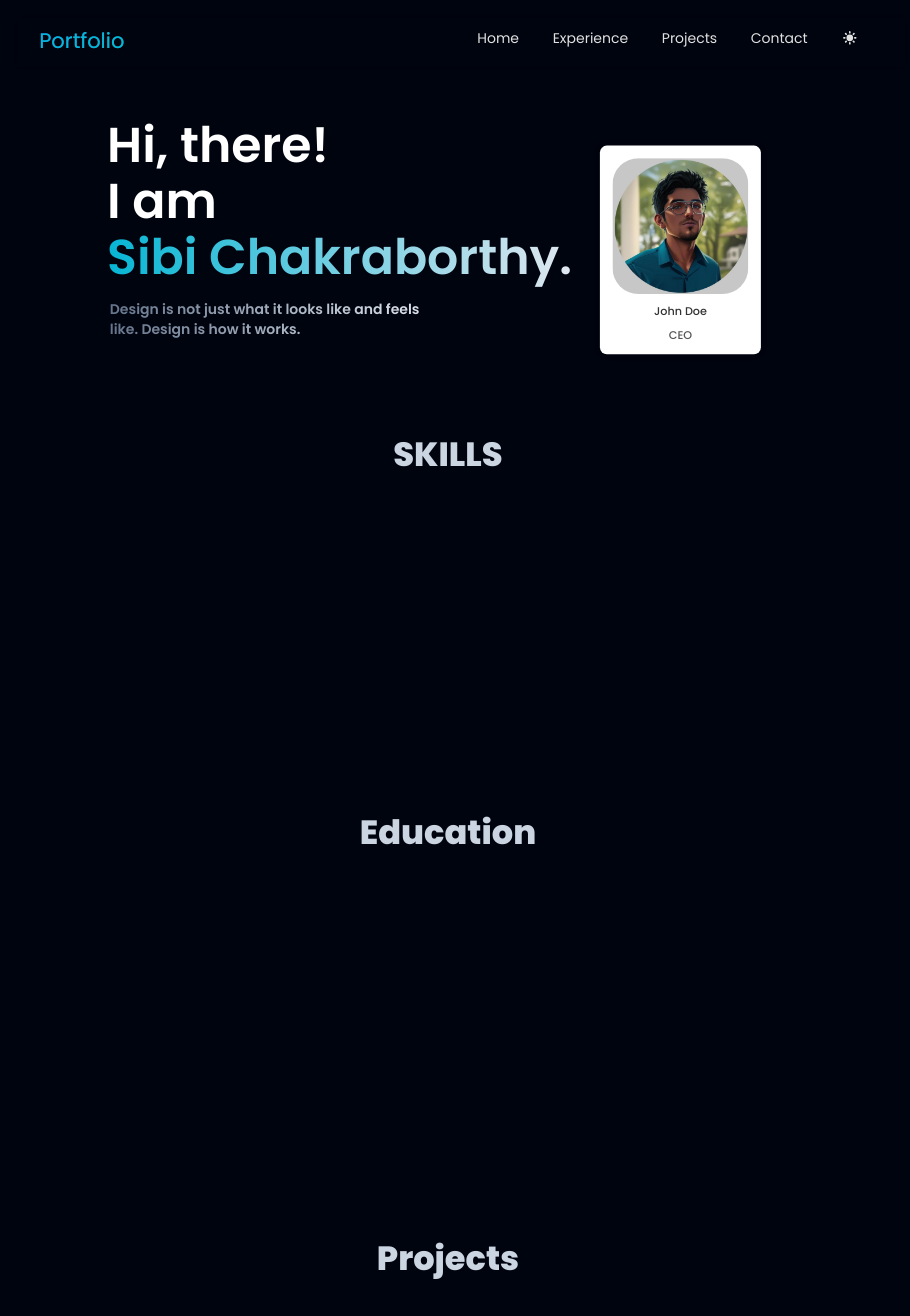
Repository: sibi24sibi/MyPersonalPortfolio
Page: /
An editor plug-in stored every save of this project. The page is shown before and after the next save, followed by the edit.
The browser window is 1280 px wide. The page is 1300 px wide, so the pictures cover 1300 px, including what lies to the right of the window. The pictures show the part of the page from y = 0 to 1880 px (the page is 3432 px tall before and 3414 px after), at 70% of full size.
The project was rebuilt for these pictures with package versions that can differ from the ones it lists, and the page was loaded fresh each time. Also part of the build but not shown: vite.config.js, src/components/Menu.jsx, src/components/Footer.jsx.

Above is the page before, as saved 2024-05-03 17:33:19.

### index.html
<!DOCTYPE html>
<html lang="en">

<head>
  <meta charset="UTF-8" />
  <link rel="icon" type="image/svg+xml" href="" />
  <meta name="viewport" content="width=device-width, initial-scale=1 , maximum-scale=1 ,user-scalable=no" />
  <title>
    Personal Portfolio
  </title>
</head>

<body className="darkMode">
  <div id="root" className="px-5 w-screen"></div>
  <script type="module" src="/src/main.jsx"></script>
</body>

</html>

### src/index.css
@import url('https://fonts.googleapis.com/css2?family=Poppins:wght@300;400;500;600;800&display=swap');
@tailwind base;
@tailwind components;
@tailwind utilities;

html {
    @apply overflow-x-hidden scroll-smooth
}

body {

    @apply dark:bg-[#00040f] bg-[#e2e2e2ab]
}

### src/App.jsx
import Navbar from "./components/Navbar";
import About from "./components/About";

import Education from "./components/Education";
import Projects from "./components/Projects";
import Skills from "./components/Skills";

import HashLoader from "react-spinners/HashLoader";
import CTA from "./components/CTA";
import MyEmailLayout from "./components/email";
import Footer from "./components/Footer";


import { useState, useEffect } from "react";

const override = {
  display: "flex",
  justifyContent: "center",
  alignItems: "center",
  marginTop: "5rem",
  borderColor: "red",
};

const App = () => {
  const [loading, setLoading] = useState(true);

  useEffect(() => {
    setLoading(true);
    setTimeout(() => {
      setLoading(false);
    }, 3000);
  }, []);
  return (
    <>
      {loading ? (
        <div className="flex h-screen w-screen justify-center items-center bg-[#00040f] ">
          <HashLoader
            color="#0891b2"
            loading={loading}
            cssOverride={override}
            size={90}
            aria-label="Loading Spinner"
            data-testid="loader"
          />
        </div>
      ) : (
        <div className=" flex flex-col justify-center items-center">
          <Navbar></Navbar>
          <About></About>
          <Skills></Skills>
          <Education></Education>
          <Projects></Projects>
          <CTA></CTA>
          <MyEmailLayout></MyEmailLayout>
          {/* <Footer></Footer> */}
        </div>
      )}
    </>
  );
};
export default App;

### src/components/Navbar.jsx
import { CgMenuRightAlt } from "react-icons/cg";
import { HiSun, HiMoon } from "react-icons/hi";
import { useState, useEffect } from "react";
import Menu from "./Menu";

const Navbar = () => {
  const [nav, setNav] = useState(false);

  const [theme, setTheme] = useState("light");

  useEffect(() => {
    if (theme === "dark") {
      document.documentElement.classList.remove("dark");
    } else {
      document.documentElement.classList.add("dark");
    }
  }, [theme]);

  const handleTheme = () => {
    setTheme(theme === "dark" ? "light" : "dark");
  };

  return (
    <>
      <section className="NAVBAR sticky top-0 backdrop-blur-[5px] z-10 pt-5  translate-x-[20px] min-w-full mt-5 font-['Poppins']  max-sm:p-2 max-sm:mx-1 max-sm:max-h-[48px] ">
        <div className="flex  justify-between capitalize md:ml-9 sm:ml-2">
          <div className="LOGO ">
            <a
              href="#"
              className="text-3xl bg-gradient-to-r from-blue-600 to-cyan-600 bg-clip-text text-transparent dark:text-cyan-500 max-sm:text-2xl"
            >
              {"Portfolio"}
            </a>
          </div>
          <div className="NAVLINKS min-w-full pr-9 text-[20px] translate-x-[-160px]  max-sm:hidden flex justify-end gap-12 text-[#00040f] dark:text-[#e1e1e1] ">
            <a href="#about" className=" hover:text-cyan-500">
              Home
            </a>
            <a href="#experience" className="hover:text-cyan-500">
              Experience
            </a>
            {/* <a href="#education" className="hover:text-cyan-500 ">
              Education
            </a> */}
            <a href="#projects" className="hover:text-cyan-500 ">
              Projects
            </a>
            <a href="#contact" className="hover:text-cyan-500 ">
              Contact
            </a>

            <button onClick={handleTheme}>
              {theme === "dark" ? (
                <HiMoon className="-translate-y-1 text-2xl" />
              ) : (
                <HiSun className="-translate-y-1 text-2xl" />
              )}
            </button>

            </div>
            </div>
          <button onClick={() => setNav(!nav)}>
            <CgMenuRightAlt className="hidden max-sm:block mr-5   absolute top-2  right-10 md:transform-none text-[#00040f] dark:text-[#e1e1e1] text-[32px]" />
          </button>


        {nav && <Menu />}

      </section>



    </>
  );
};
export default Navbar;

### src/components/About.jsx
import Lottie from "lottie-react";
import computer from "../assets/lottie/computer.json";
import Profile from "../assets/Profile.jpg";
import "./about-style.css";

const About = () => {
  return (
    <>
      <section
        id="about"
        className="p-5 mx-2 mb-10 font-medium font-['Poppins'] max-w-6xl max-sm:p-2 max-sm:mx-5"
      >
        <div className="WRAPPER mt-12 flex justify-between max-sm:flex-col gap-35">
        <div className="INTRO text-[70px] leading-[80px] font-semibold max-sm:text-[40px] max-sm:leading-[70px] max-sm:font-semibold">
            <h3 className="text-[#00040f] dark:text-white">
              Hi, there! <br />I am
            </h3>
            <span className="bg-clip-text text-transparent bg-gradient-to-r  from-blue-600 to-cyan-600 dark:from-cyan-500 dark:to-slate-200">
             Sibi Chakraborthy.

            </span>

            <p className="ABOUT h-[100px] text-xl max-sm:text-[15px] bg-clip-text text-transparent  bg-gradient-to-r  from-[#00040f] to-slate-500 dark:from-slate-500 dark:to-slate-200 max-w-[470px] mt-5 pl-1">
            Design is not just what it looks like and feels like. Design is how it works.
            </p>
          </div>
        <div className="div">


        <section class="team">
        <div className="team-member">
            <img src={Profile} alt="Profile"/>
            <h3>John Doe</h3>
            <p>CEO</p>
        </div>
        </section>


        </div>
        </div>
      </section>
    </>
  );
};
export default About;

### src/components/Education.jsx
import Lottie from "lottie-react";
import education from "../assets/lottie/education.json";
import SAEC from "../assets/SAEC.png";
import AOS from "aos";

import { useEffect } from "react";

const Education = () => {
  useEffect(() => {
    AOS.init();
  }, []);
  return (
    <section
      id="education"
      className="EXPERIENCE max-w-6xl p-5 mx-20 mb-25 font-['Poppins']  max-sm:p-2 max-sm:mx-5"
    >
      <div className="WRAPPER mt-10">
        <h1 className="text-[#00040f] dark:text-slate-300 text-center font-extrabold text-5xl mb-5 max-sm:text-4xl   ">
          Education
        </h1>

        <div
          className="EDUCATION flex gap-7 justify-between flex-row-reverse max-sm:flex-col"
          data-aos="fade-right"
        >
          <div className="max-w-[520px] mt-[52px] p-7 max-sm:p-3">
            <div className="flex gap-5">
              <img
                src={SAEC}
                alt="SAEC"
                className="w-[150px] h-[100px]"
              />
              <h1 className="bg-clip-text text-transparent bg-gradient-to-r max-sm:text-[17px] from-amber-500 via-orange-600 to-yellow-500 dark:from-[#ff6600] dark:to-slate-100 font-semibold text-2xl w-[300px] h-[100px] tracking-wider ">
                Syed Ammal engineering college
              </h1>
            </div>

            <div className="mt-7 flex flex-col gap-5 text-left pl-4">
              <h3 className="capitalize  text-slate-800 dark:text-slate-300 text-xl max-sm:text-lg">
                Bachelor of technology
              </h3>
              <p className="italic capitalize text-gray-500 dark:text-slate-500 text-xl max-sm:text-lg leading-9">
                November 2020 - May 2024
              </p>

              <p className="capitalize text-gray-500 dark:text-slate-500 text-xl max-sm:text-lg leading-9">
                Computer Science and Engineering
              </p>
            </div>
          </div>
          <Lottie
            animationData={education}
            loop={true}
            className="max-w-[500px]"
          />
        </div>
      </div>
    </section>
  );
};
export default Education;

### src/components/Skills.jsx
import {
  HTML,
  CSS,
  Github,
  Git,
  Vite,
  TailwindCSS,
  react,
  Python,
  Javascript,
  CPP,
  C,
  Vue,
  nodejs
} from "../constants/Constant";

import AOS from "aos";
import "aos/dist/aos.css";
import { useEffect } from "react";
import Image from "./Img_prop";

const Skills = () => {
  useEffect(() => {
    AOS.init();
  }, []);
  return (
    <>
      <section className="EXPERIENCE p-5  mb-10 max-w-6xl  font-['Poppins']  max-sm:p-2 max-sm:mx-5">
        <div>
        <h1 className="text-[#00040f] dark:text-slate-300 font-extrabold text-5xl text-center max-sm:text-4xl ">
          SKILLS
        </h1>
        </div>
        <div
          className=" grid place-content-start  grid-cols-3 gap-4 max-sm:p-2 mt-10"
          data-aos="zoom-out-up"
        >
          <Image img={HTML}></Image>
          <Image img={CSS}></Image>
          <Image img={Javascript}></Image>
          <Image img={react}></Image>
          <Image img={TailwindCSS}></Image>
          {/* <Image img={Vue}></Image>
          <Image img={CPP}></Image>
          <Image img={C}></Image> */}
          <Image img={Python}></Image>
          {/* <Image img={Vite}></Image> */}
          <Image img={Git}></Image>
          <Image img={Github}></Image>
          <Image img={nodejs}></Image>
        </div>
      </section>
    </>
  );
};
export default Skills;

### src/components/CTA.jsx
function CTA() {
  const resumeLink = "/Sibi-Chakraborthy-V.pdf";
  return (
    <div id="resume" className="pt-36 max-w-6xl resume relative w-full flex justify-center ">

      <div className="pt-14 mx-20 pb-40">
        <h2 className="text-4xl md:text-5xl max-sm:text-[35px] max-sm:leading-[60px] font-bold mb-10 text-[#00040f] dark:text-white text-center">
          Need to know about me more
        </h2>
        <div className="flex justify-center ">
        <a
          href={resumeLink}
          className="cursor-pointer font-bold whitespace-nowrap
        mt-6 px-8 py-3 dark:text-[#e1e1e1] border-2 rounded-full border-[#808080]  bg-bg hover:bg-fun-pink hover:border-fun-pink transition-colors inline-flex items-center"
        >
          <svg class="fill-current w-4 h-4 mr-2" xmlns="http://www.w3.org/2000/svg" viewBox="0 0 20 20"><path d="M13 8V2H7v6H2l8 8 8-8h-5zM0 18h20v2H0v-2z"/></svg>
          <span>Resume</span>

        </a>

        </div>
      </div>


    </div>
  );
}

export default CTA;

### src/components/email.jsx
import React, { useRef, useEffect } from "react";
import emailjs from '@emailjs/browser';



const MyEmailLayout = () => {
  const form = useRef();

  useEffect(() => {
    // Initialize emailjs
    emailjs.init('-fw29uVaf1UZJqOVT');
  }, []);

  const sendEmail = (e) => {
    e.preventDefault();

    emailjs

      .sendForm('service_hgvjibu', 'template_f9rmzk9', form.current)
      .then(
        () => {
          alert('Email sent successfully!');
        },
        (error) => {
          alert('Failed to send email. Please try again later.');
          console.error('Email Error:', error);
        }
      );
  };

  return (
    <div   className="mb-20 max-w-6xl" id="contact">

      <div className=" mx-10 max-sm:mx-5 ">
      <div className="div">
      <h1 className="text-2xl dark:text-[#e1e1e1] font-bold mb-4 ">SEND ME A EMAIL</h1>
      </div>
      <form ref={form} onSubmit={sendEmail}>
        <div className="grid  grid-cols-2 gap-4 flex justify-center">
          <div>
            <label htmlFor="name" className="dark:text-[#e1e1e1]">Name</label>
            <input
              type="text"
              id="name"
              name="user_name"
              className="px-3 py-2 placeholder-gray-400 text-gray-600 relative dark:bg-slate-300 bg-stone-300 rounded text-sm border-0 shadow outline-none focus:outline-none focus:ring  w-full"
            />
          </div>
          <div>
            <label htmlFor="email" className="dark:text-[#e1e1e1]">Email</label>
            <input
              type="email"
              id="email"
              name="user_email"
              className="px-3 py-2 placeholder-gray-400 text-gray-600 relative dark:bg-slate-300 bg-stone-300 rounded text-sm border-0 shadow outline-none focus:outline-none focus:ring w-full"
            />
          </div>
        </div>
        <label htmlFor="message" className="dark:text-[#e1e1e1]">Message</label>
        <textarea
          placeholder=""
          name="message"
          className="px-3 py-2 placeholder-gray-400 text-gray-600 relative dark:bg-slate-300 bg-stone-300 rounded text-sm border-0 shadow outline-none focus:outline-none focus:ring h-40 w-full "
        ></textarea>
        <button
          type="submit"
          className="bg-blue-500 rounded-full text-white px-4 py-2 mt-4 float-right"
          value="Send"
        >
          Send Email
        </button>
      </form>
      </div>
    </div>
  );
};

export default MyEmailLayout;

### src/components/about-style.css
.team {
    display: flex;
    justify-content: center;
    align-items: center;
    flex-wrap: wrap;
    padding: 20px; /* Add some padding for better spacing */
}

.team-member {
    text-align: center;
    margin: 20px;
    background-color: #fff; /* White background for each team member */
    padding: 15px; /* Add padding for better visual appeal */
    border-radius: 10px; /* Add rounded corners */
    box-shadow: 0 0 10px rgba(0, 0, 0, 0.1); /* Add a subtle box shadow */
}

.team-member img {
    width: 200px;
    height: 200px;
    border-radius: 20%;
    object-fit: cover;
    margin-bottom: 10px;

/* Additional styling for the image */
border: 3px solid #fff; /* Add a white border around the image */
transition: transform 0.3s ease-in-out; /* Add a smooth transition effect */

/* Hover effect: Scale the image slightly on hover */
cursor: pointer;
}

/* Add a hover effect for better user interaction */
.team-member img:hover {
transform: scale(1.1);
}


.team-member h3 {
    margin: 10px 0;
    color: #333; /* Darken the text color */
}

.team-member p {
    color: #555;
}

### src/components/Project_prop.jsx
/* eslint-disable react/prop-types */

import "./proj_style.css";


const Project_prop = (props) => {
  return (
    <>



      <div className="card bg-blue-100 dark:bg-sky-950 rounded-lg shadow-lg aspect-w-16 aspect-h-9 ">
        <h3
        className="title capitalize font-bold h-20 text-slate-800 dark:text-slate-300 text-xl max-sm:text-lg m-5 text-center"
        >
          {props.title}
        </h3>
            <div className="bar h-1 min-w-40 dark:bg-gray-800  bg-slate-600  mx-5"></div>
        <div className="flex gap-1 ml-3 mt-3 ">
                {props.react}
                {props.vite}
                {props.html5}
                {props.css3}
                {props.php}
                {props.mysql}
                {props.javascript}
                {props.tailwindcss}
                {props.laravel}
                {props.bootstrap}
                {props.wordpress}

        </div>
        <p className="dark:text-slate-500 mt-2 text-sm px-5  select-none">
          {props.para}
        </p>
      </div>




    </>
  );
};
export default Project_prop;

### src/constants/Constant.jsx
import C from "../assets/C.png";
import CPP from "../assets/CPP.png";
import HTML from "../assets/HTML.png";
import Github from "../assets/Github.png";
import CSS from "../assets/CSS.png";
import Python from "../assets/Python.png";
import Javascript from "../assets/Javascript.png";
import Git from "../assets/Git.png";
import Vite from "../assets/Vite.png";
import TailwindCSS from "../assets/TailwindCSS.png";
import react from "../assets/react.png";
import Vue from "../assets/vue.png";
import nodejs from "../assets/nodejs.png";

import Hackthechain from "../assets/HackTheChainLogo.png";
import GSSOC from "../assets/GSSoc.jpg";
import IITB from "../assets/IITB.png";
import Sports from "../assets/Sports_Club.png";
import IIITians from "../assets/IIITians_Network.png";
import GDSC from "../assets/GDSC.png";
import KDE from "../assets/kde.png";
import Oppia from "../assets/oppia.png";

import GPT4 from "../assets/gpt4.jpg";
import Portfolio from "../assets/portfolio.jpg";
import Rocket from "../assets/Rocket.jpg";
import Game from "../assets/Stone.jpg";
import WellBeing from "../assets/well-being.jpg";

export {
  C,
  CPP,
  HTML,
  CSS,
  Github,
  Git,
  Vite,
  TailwindCSS,
  react ,
  Python,
  Javascript,
  Vue,
  Hackthechain,
  GSSOC,
  IITB,
  Sports,
  IIITians,
  GPT4,
  Portfolio,
  Rocket,
  WellBeing,
  Game,
  GDSC,
  KDE,
  nodejs,
  Oppia,
};

### src/components/Img_prop.jsx
const Img_prop = ({ img }) => {
  return (
    <>
      <div className="mr-60 w-[100px] max-sm:w-[75px] h-[100px] max-sm:h-[75px] shadow-xl shadow-slate-300 dark:shadow-lg dark:shadow-blue-500/50 bg-gradient-to-bl from-[#ccc] to-[#eee] dark:from-[#051937] dark:to-[#222] rounded-full place-content-center grid translate-x-[100px] max-sm:translate-x-1">
        <img src={img} alt="html" className="max-sm:h-[45px] h-[55px] " />
      </div>
    </>
  );
};
export default Img_prop;

### src/components/proj_style.css



  .card {
    position: relative;
    left: 0px;
    width: 200px;
    height: fit-content;
    min-height: 320px;
    padding-bottom: 10px;
  }

  .card:not(:first-child) {
      margin-left: -50px;
  }

  .card:hover {
    transform: translateY(-20px);
    transition: 0.4s ease-out;
  }

  .card:hover ~ .card {
    position: relative;
    left: 50px;
    transition: 0.4s ease-out;
  }

@media only screen and (max-width: 600px) {
  .card {
    position:unset;
    left:unset;
    padding-bottom:unset;
    margin: 10px;;
    padding-bottom:unset;
  }
  .card:hover {
    transform:unset ;
    transition:unset;
    margin-left:unset;
  }
  .card:not(:first-child) {
    margin-left:10px;

  }
  .card:hover ~ .card {
    position:unset;
    left:unset;
    transition:unset;
  }
}

Loaded but not shown: src/main.jsx (common file); src/assets/lottie/computer.json (common file); src/assets/lottie/Education.json (common file); tailwind.config.js (common file); src/components/Projects.jsx (189 lines, source omitted)

After the next save:
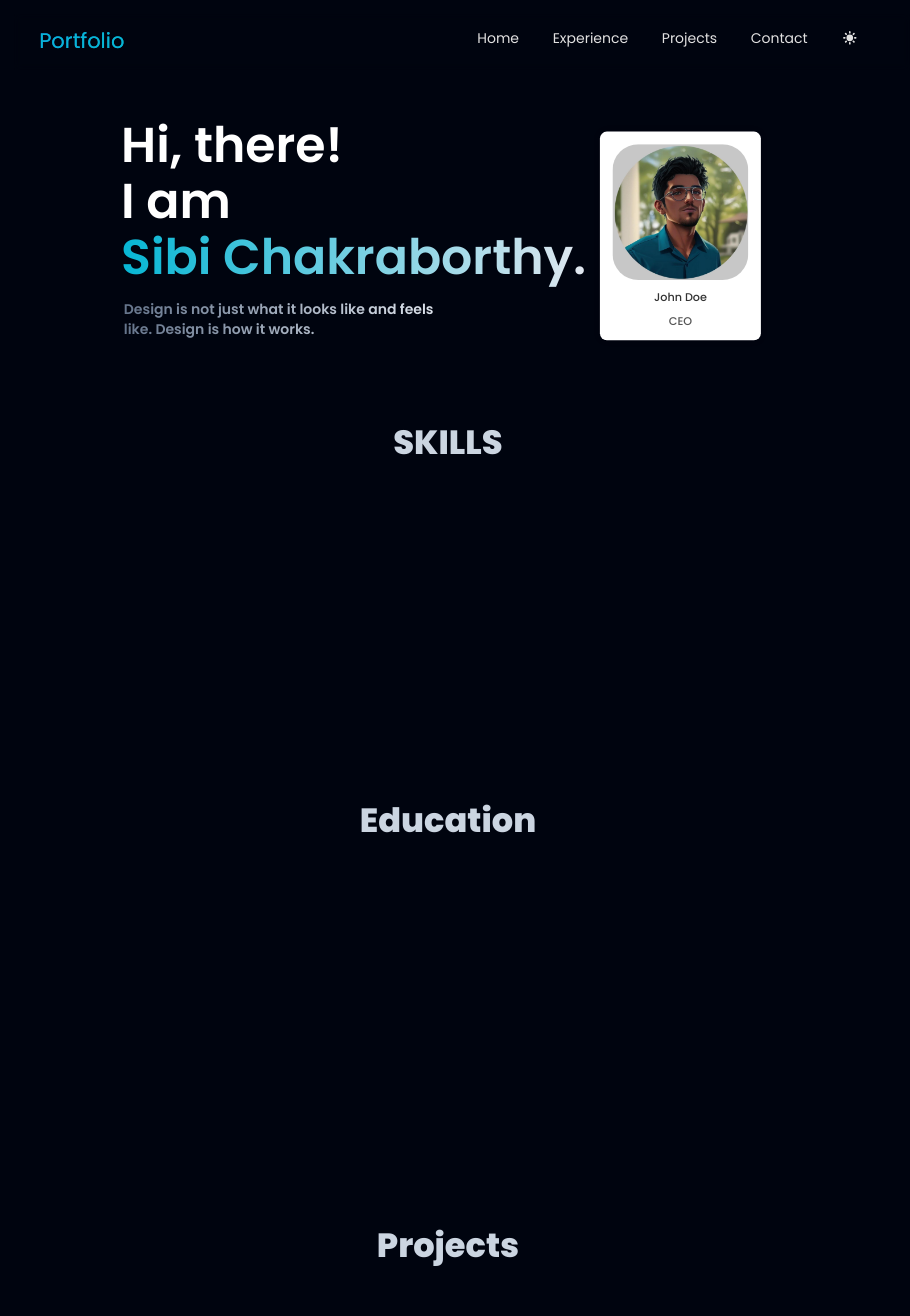
Saved 81 s later.
--- a/src/components/About.jsx
+++ b/src/components/About.jsx
@@ -27,13 +27,13 @@ const About = () => {
         <div className="div">
 
 
-        <section class="team">
+
         <div className="team-member">
             <img src={Profile} alt="Profile"/>
             <h3>John Doe</h3>
             <p>CEO</p>
         </div>
-        </section>
+
 
 
         </div>
